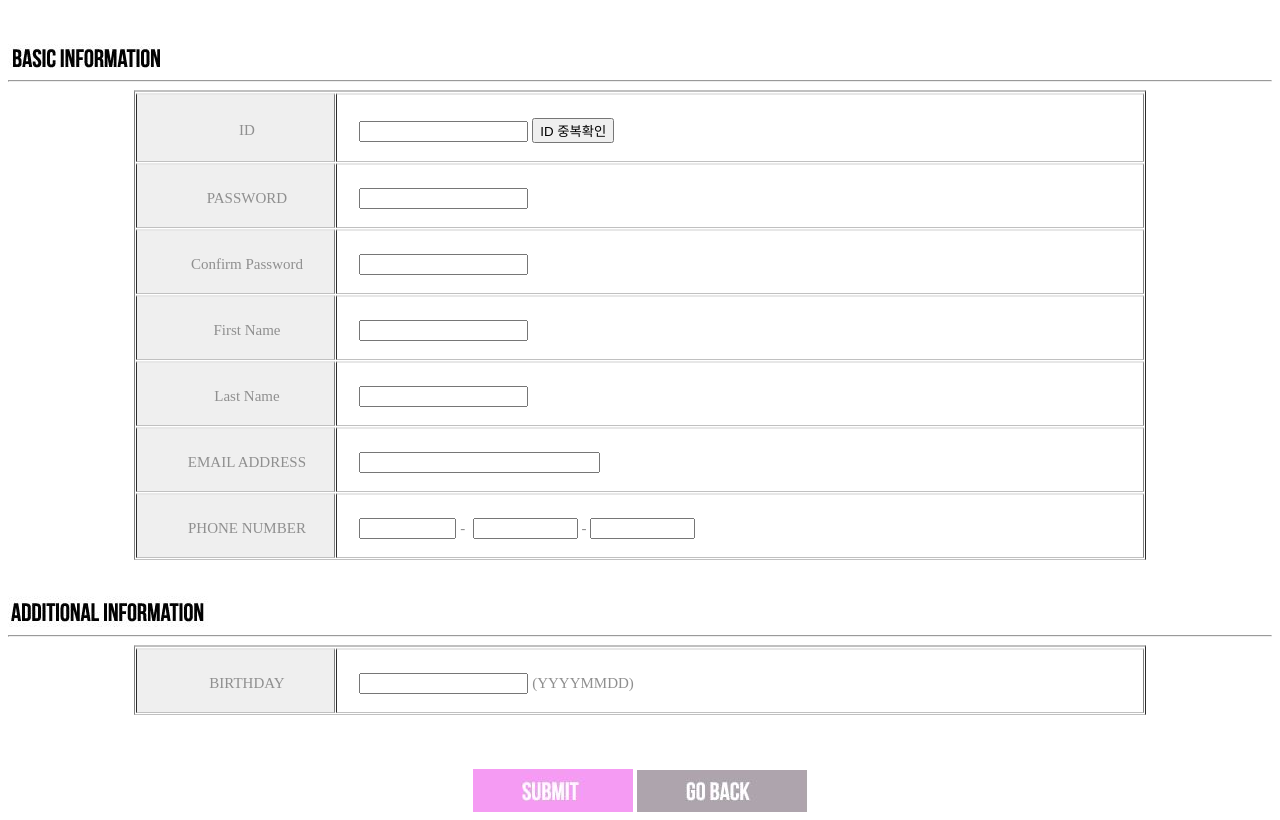
Repository: kminjoo/Making-website-using-JSP
Page: http://localhost/website_project/Register.jsp
The author's editor kept a copy of each file at every save. The page is drawn from the files as they stood at one save, then again after the next save.
The browser window is 1280 px wide. The pictures show the whole page.
The page is served by Tomcat 9.

Above is the page before, as saved 2015-07-21 14:32:36.

After the next save:
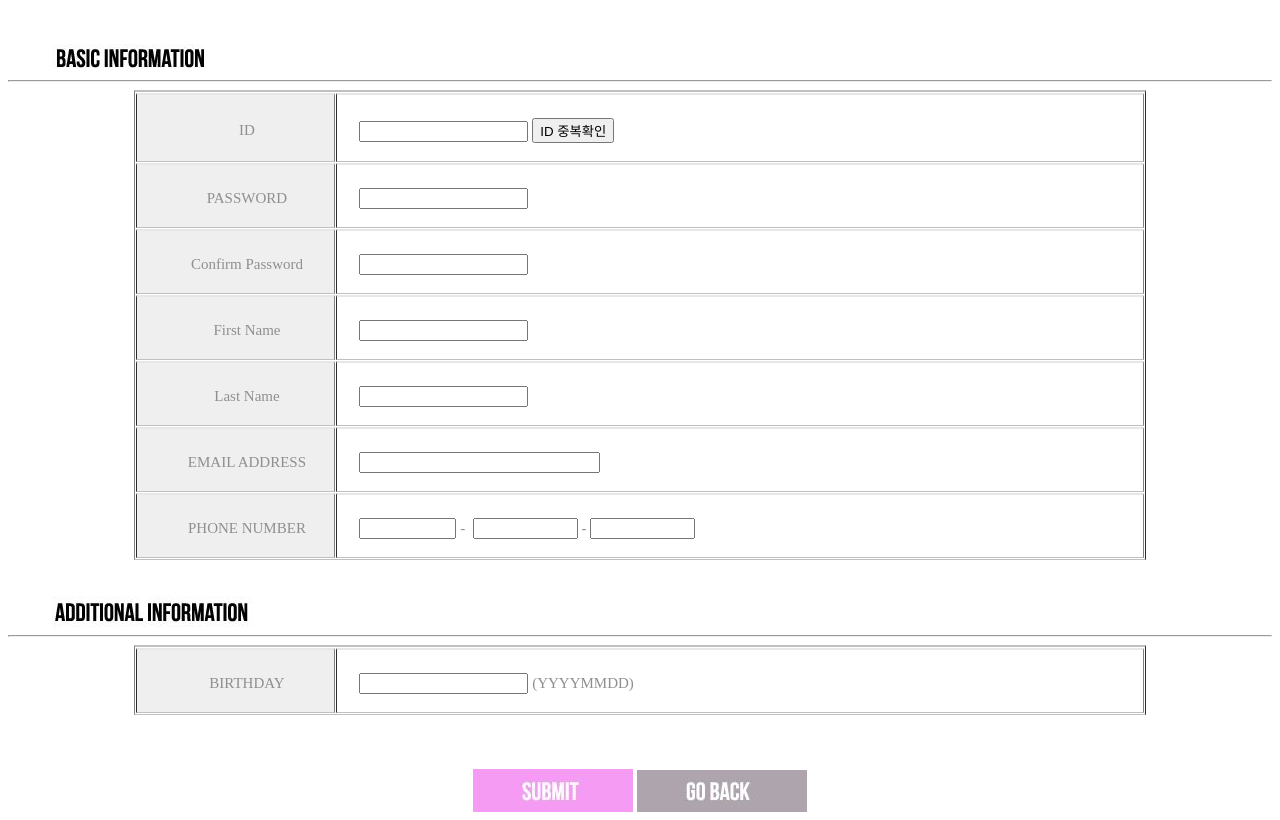
Saved 33 s later.
--- a/website_project/WebContent/Register.jsp
+++ b/website_project/WebContent/Register.jsp
@@ -10,7 +10,7 @@
 <script language="JavaScript" src="script.js"></script>
 </head>
 <body><br><br>
-<div><img src="<%=request.getContextPath() %>/images/basicInfo.JPG"/></div>
+<div>&nbsp;&nbsp;&nbsp;&nbsp;&nbsp;&nbsp;&nbsp;&nbsp;&nbsp;&nbsp;&nbsp;<img src="<%=request.getContextPath() %>/images/basicInfo.JPG"/></div>
 <hr>
 <table border="1" cellpadding="18" cellspacing="1" width="80%" align="center">
 <form name="regForm" method="post" action="RegisterProc.jsp">
@@ -47,7 +47,7 @@
 
 </table>
 <br><br>
-<div><img src="<%=request.getContextPath() %>/images/additional.JPG"/></div>
+<div>&nbsp;&nbsp;&nbsp;&nbsp;&nbsp;&nbsp;&nbsp;&nbsp;&nbsp;&nbsp;&nbsp;<img src="<%=request.getContextPath() %>/images/additional.JPG"/></div>
 <hr>
 <table border="1" cellpadding="18" cellspacing="1" width="80%" align="center">
 <tr>
